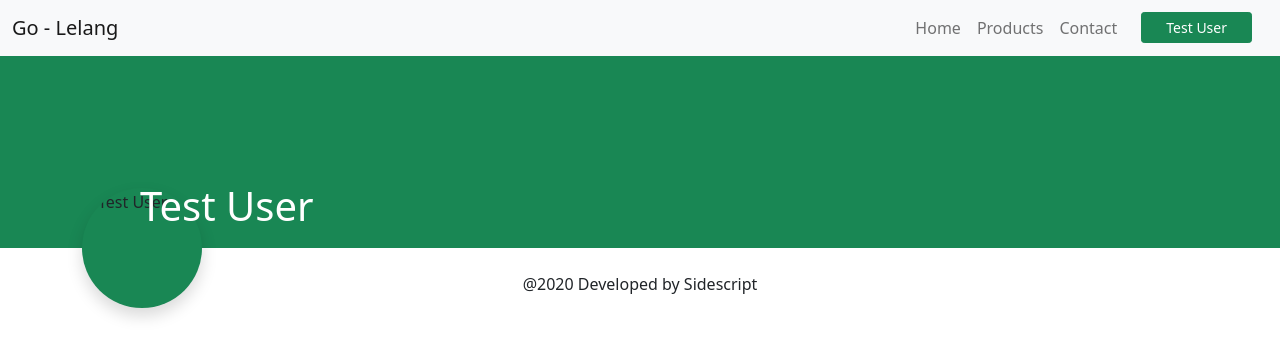
Repository: khulqu15/Go---Lelalng
Page: http://localhost/profile
An editor plug-in stored every save of this project. The page is shown before and after the next save, followed by the edit.
The browser window is 1280 px wide. The pictures show the whole page.
The page is served by the project's Laravel application, run on PHP 8.4 with Laravel 8. A made-up administrator, Test User (test@example.com), is signed in.

Above is the page before, as saved 2021-02-22 20:22:52.

After the next save:
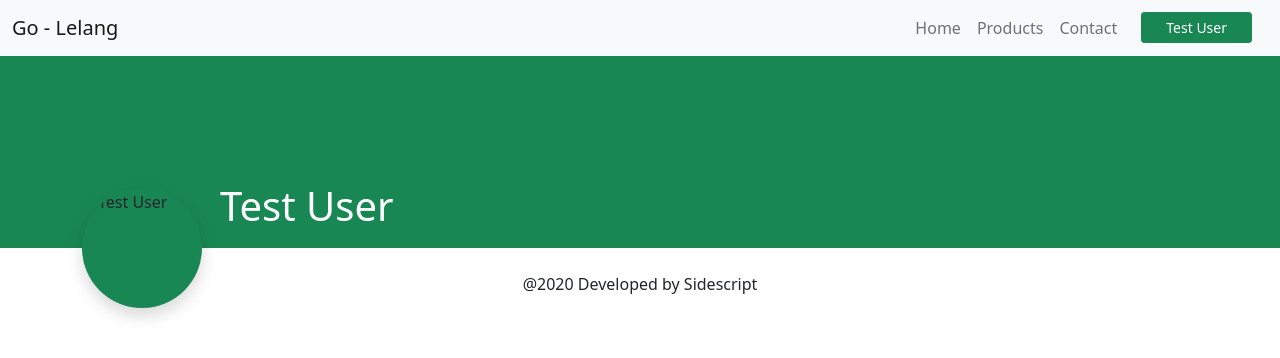
Saved 8 s later.
--- a/resources/views/page/profile.blade.php
+++ b/resources/views/page/profile.blade.php
@@ -10,7 +10,7 @@
                 <div class="avatar-profile position-absolute shadow" style="bottom: -60px; width: 120px; height: 120px; border-radius: 120px;">
                     <img src="{{ asset('img/user/'.Auth::user()->avatar) }}" alt="{{ Auth::user()->name }}" class="image-fit-card">
                 </div>
-                <h1 class="text-white position-absolute" style="bottom: 10px; left: 70px">{{ Auth::user()->name }}</h1>
+                <h1 class="text-white position-absolute" style="bottom: 10px; left: 150px">{{ Auth::user()->name }}</h1>
             </div>
         </div>
     </div>
